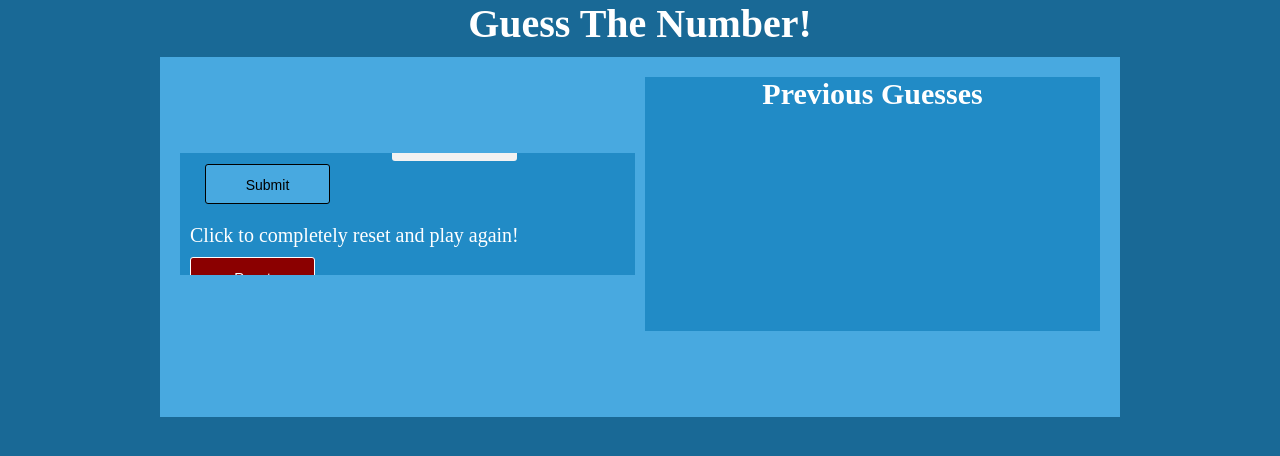
Repository: mlmEFSC21/P14-Guessing-Game
Page: guess.html
The author's editor kept a copy of each file at every save. The page is drawn from the files as they stood at one save, then again after the next save.
The browser window is 1280 px wide. The pictures show the whole page.

Above is the page before, as saved 2022-03-19 14:24:10.

### guess.html
<!DOCTYPE html>
<html lang="en">
    <head>
        <meta charset="UTF-8" />
        <meta http-equiv="X-UA-Compatible" content="IE=edge" />
        <meta name="viewport" content="width=device-width, initial-scale=1.0" />
        <link rel="stylesheet" href="guess.css" />
        <script src="guess.js" defer></script>
        <title>Guessing Game</title>
    </head>
    <body>
        <header>
            <h1 class="pageTitle">Guess The Number!</h1>
        </header>
        <section>
            <div class="gameContainer" id="container">
                <div class="results" id="results">
                    <form action="#" class="inputForm">
                        <label for="guessInput">Pick a number 1 - 1000</label>
                        <input
                            type="text"
                            required
                            name="guessInput"
                            class="guessInput"
                            id="guessInput"
                        />
                        <button type="submit" class="submitBtn" id="submitBtn">Submit</button>
                        <label for="resetBtn">Click to completely reset and play again!</label>
                        <button type="reset" class="resetBtn" id="resetBtn" name="Reset">
                            Reset
                        </button>
                    </form>
                </div>
                <div class="guessesContainer" id="guessesContainer">
                    <h2>Previous Guesses</h2>
                    <ul class="guesses" id="guessList"></ul>
                </div>
            </div>
        </section>
    </body>
</html>

### guess.css
:root {
    --clr-primary: #218bc6;
    --clr-secondary: #48a9e0;
    --clr-tertiary: #196996;
}

*,
*::after,
*::before {
    box-sizing: border-box;
    margin: 0;
    padding: 0;
}
body {
    background-color: var(--clr-tertiary);
    color: white;
    font-size: 1.25rem;
}
.pageTitle {
    text-align: center;
}
.gameContainer {
    background-color: var(--clr-secondary);
    display: grid;
    max-width: 960px;
    height: 50vh;
    margin: 10px auto;
    padding: 20px;
    grid-template-columns: repeat(4, 1fr);
    grid-template-rows: repeat(5, 1fr);
    grid-auto-rows: minmax(200px, auto);
    gap: 10px;
    align-items: start;
    justify-content: center;
}
.results {
    background-color: var(--clr-primary);
    display: flex;
    flex-direction: column-reverse;
    margin: 10px auto;
    padding: 10px;
    grid-column: 1 / 3;
    grid-row: 2 / 4;
    height: 100%;
    justify-content: center;
    align-items: center;
    overflow: hidden;
}
.inputForm {
    display: flex;
    flex-wrap: wrap;
    grid-column: 1 / 3;
    grid-row: 2 / 5;
}
label {
    margin-right: 15px;
    margin-block: 10px;
}
input {
    border: none;
    -webkit-appearance: none;
    -ms-appearance: none;
    -moz-appearance: none;
    appearance: none;
    background: #f2f2f2;
    padding: 12px;
    border-radius: 3px;
    width: 125px;
    height: 40px;
    outline: none;
    font-size: 14px;
}
button {
    border: solid 1px; navy;
    margin-bottom: 10px;
    padding: 12px;
    border-radius: 3px;
    width: 125px;
    height: 40px;
    outline: none;
    font-size: 14px;
}
.submitBtn {
    background: var(--clr-secondary);
    margin-left: 15px;
}
.resetBtn {
    background: darkred;
    color: white;
}
.resetBtn:hover {
    background: red;
}
.guessesContainer {
    background-color: var(--clr-primary);
    display: flex;
    flex-direction: column;
    height: 100%;
    grid-row: 1 / 5;
    grid-column: 3 / 5;
    align-items: center;
}

### guess.js
let randomNumber = Math.floor(Math.random() * 1000 + 1);
let guesses = [];

const guessInput = document.getElementById("guessInput");
const resultsDiv = document.getElementById("results");
const submitButton = document.getElementById("submitBtn");
const resetButton = document.getElementById("resetBtn");
const p = document.createElement("p");
const ul = document.getElementById("guessList");
const li = document.createElement("li");
const guessesContainer = document.getElementById("guessesContainer");
const h3 = document.createElement("h3");

//checks to see if the guess is higher, lower, or equal to
function checkGuess() {
    const currentGuess = Number(guessInput.value);
    if (currentGuess == randomNumber) {
        guesses.push(currentGuess);
        p.innerText = "Congratulations! You guessed the number!";
        resultsDiv.append(p);
        countGuesses();
    }
    if (currentGuess < randomNumber) {
        guesses.push(currentGuess);
        p.innerText = "Too low. Try again!";
        resultsDiv.append(p);
        trackGuesses();
    }
    if (currentGuess > randomNumber) {
        guesses.push(currentGuess);
        p.innerText = "Too high. Try again!";
        resultsDiv.append(p);
        trackGuesses();
    }
}
//tracks previous guess in a <ul>. Removes <li> and populates from guesses[] each time.
function trackGuesses() {
    while (ul.hasChildNodes()) {
        ul.removeChild(ul.firstChild);
    }
    for (i = 0; i <= guesses.length - 1; i++) {
        let li = document.createElement("li");
        li.innerText = guesses[i];
        ul.appendChild(li);
    }
}

//counts how many guesses. Uses array length.
function countGuesses() {
    let numOfGuesses = guesses.length;
    h3.innerText = `It took you ${numOfGuesses} guesses!`;
    guessesContainer.append(h3);
}
// creates a new random number for replay
function newRNG() {
    randomNumber = Math.floor(Math.random() * 10 + 1);
}
//resets the game completely.
function resetGame() {
    p.innerText = "";
    resultsDiv.append(p);
    while (ul.hasChildNodes()) {
        ul.removeChild(ul.firstChild);
    }
    h3.remove();
    // guessesContainer.removeChild(h3);
    guesses = [];
    newRNG();
    console.log(randomNumber);
}

submitButton.addEventListener("click", checkGuess);
resetButton.addEventListener("click", resetGame);
//logging random number for debugging. DELETE LATER
console.log(randomNumber);
console.log(guesses);

After the next save:
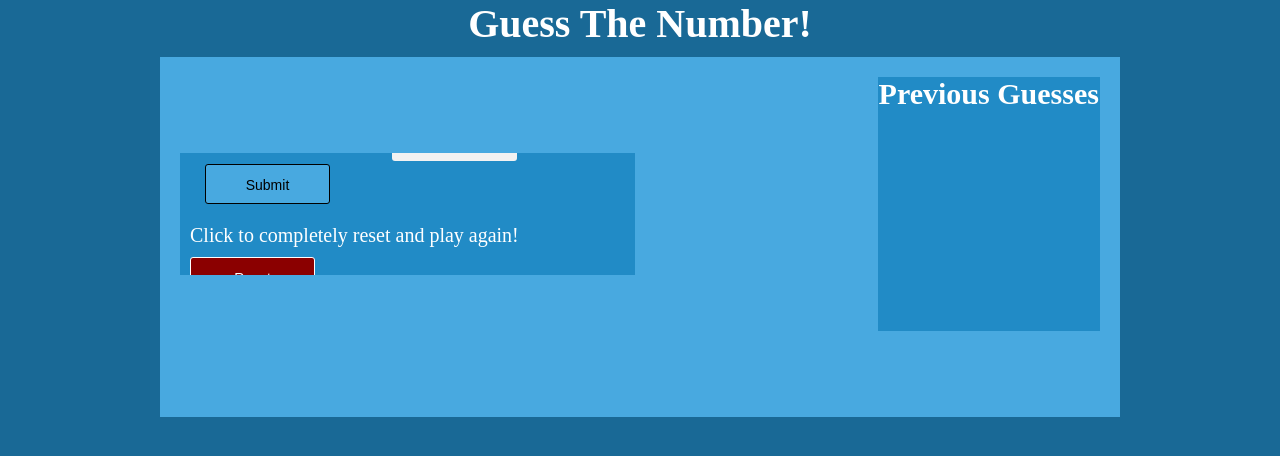
Saved 9 s later.
--- a/guess.css
+++ b/guess.css
@@ -97,6 +97,6 @@ button {
     flex-direction: column;
     height: 100%;
     grid-row: 1 / 5;
-    grid-column: 3 / 5;
+    grid-column: 4 / 5;
     align-items: center;
 }
